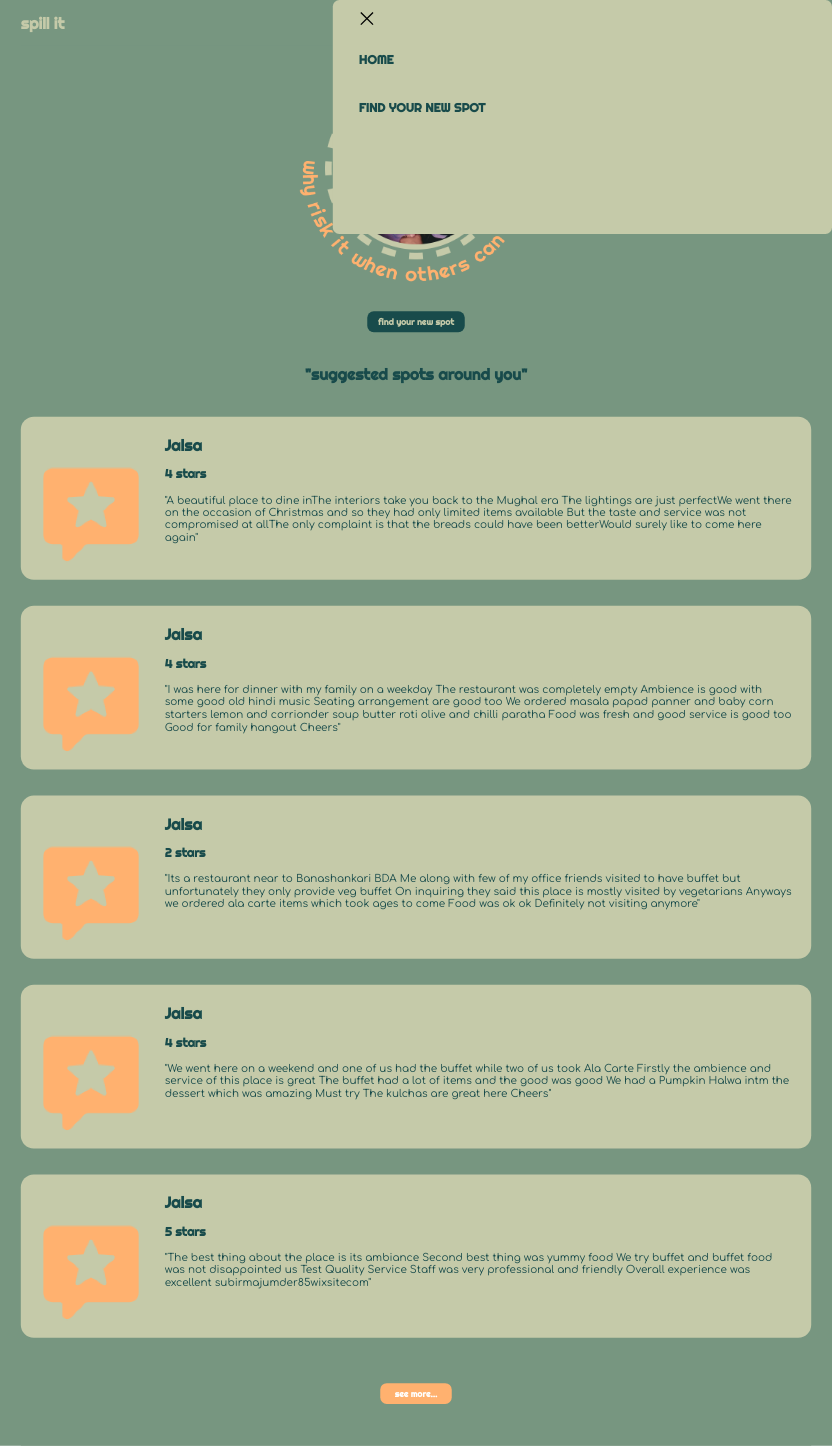
Repository: shaelorch/spillit
Page: /
The author's editor kept a copy of each file at every save. The page is drawn from the files as they stood at one save, then again after a run of saves.
The browser window is 1280 px wide. The pictures show the whole page, at 65% of full size.
The project was rebuilt for these pictures with package versions that can differ from the ones it lists, and the page was loaded fresh each time. The framework's server and built-in components were replaced by stand-ins that run in the browser. Also part of the build but not shown: next.config.js.

Above is the page before, as saved 2023-02-20 15:37:02.

After the next 2 saves:
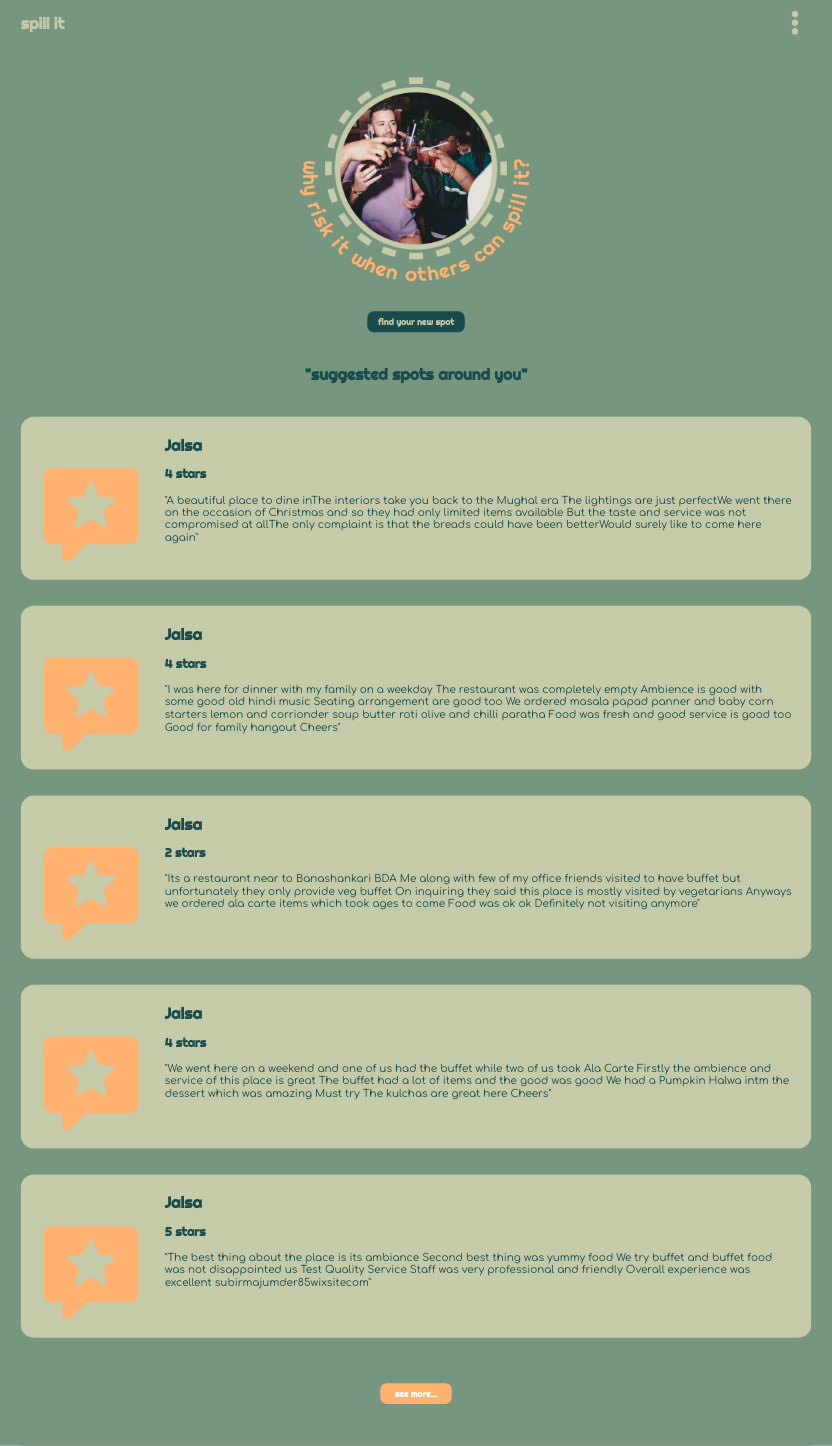
The 2 saves are shown as one change because 1 did not build or start.
The last was saved 38 s later.
--- a/components/popMenu.js
+++ b/components/popMenu.js
@@ -1,6 +1,7 @@
 import { GrClose } from 'react-icons/gr';
 import Link from 'next/link';
 import { useState } from 'react';
+import { useEffect } from 'react';
 
 export default function PopMenu() {
 
@@ -9,6 +10,10 @@
     const handleButtonClick = () => {
         setClose(false);
     }
+
+    useEffect(() => {
+        setClose(false);
+    })
 
 
     return (

After the save that followed:
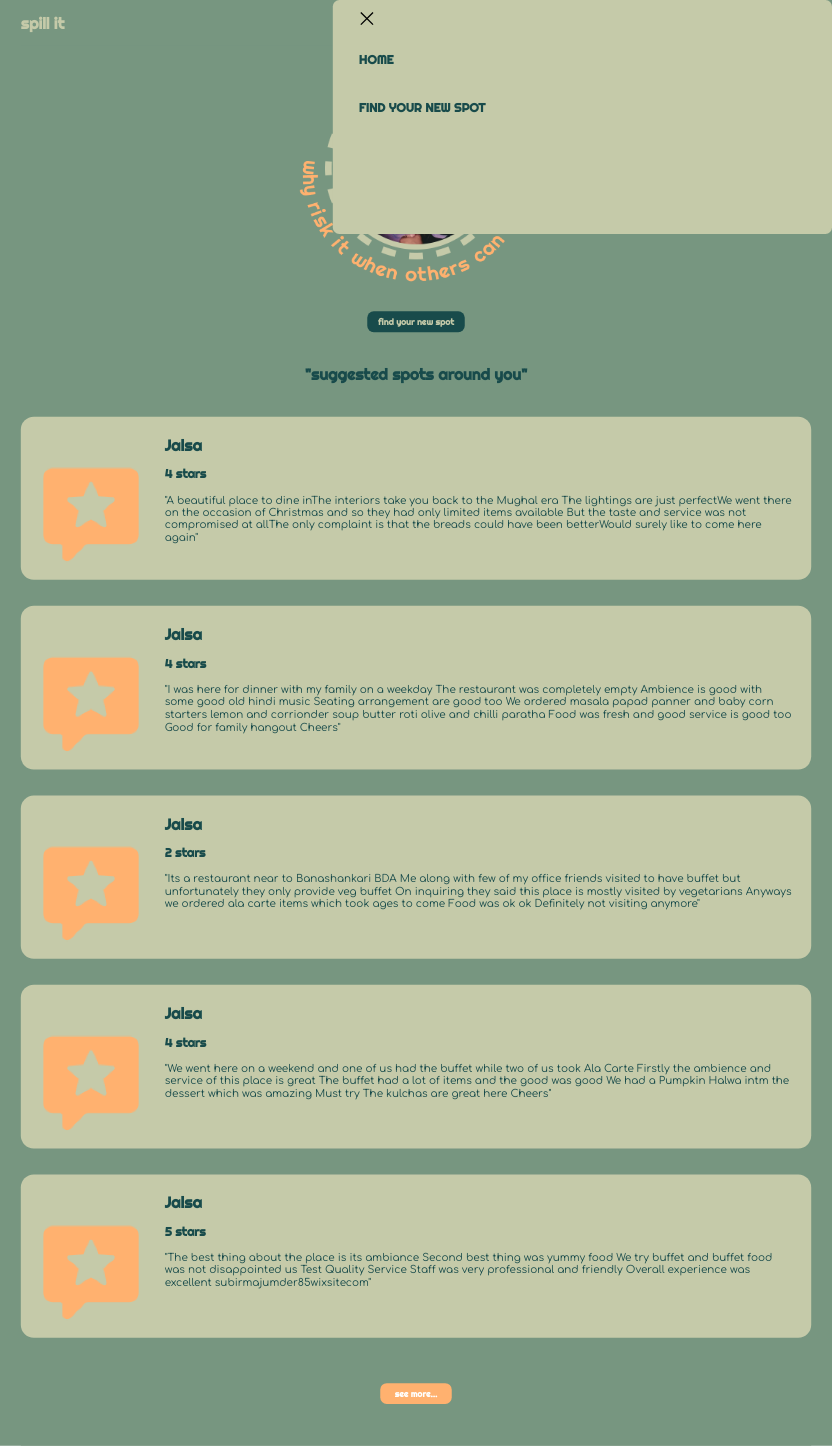
Saved 56 s later.
--- a/components/popMenu.js
+++ b/components/popMenu.js
@@ -11,9 +11,7 @@
         setClose(false);
     }
 
-    useEffect(() => {
-        setClose(false);
-    })
+
 
 
     return (
